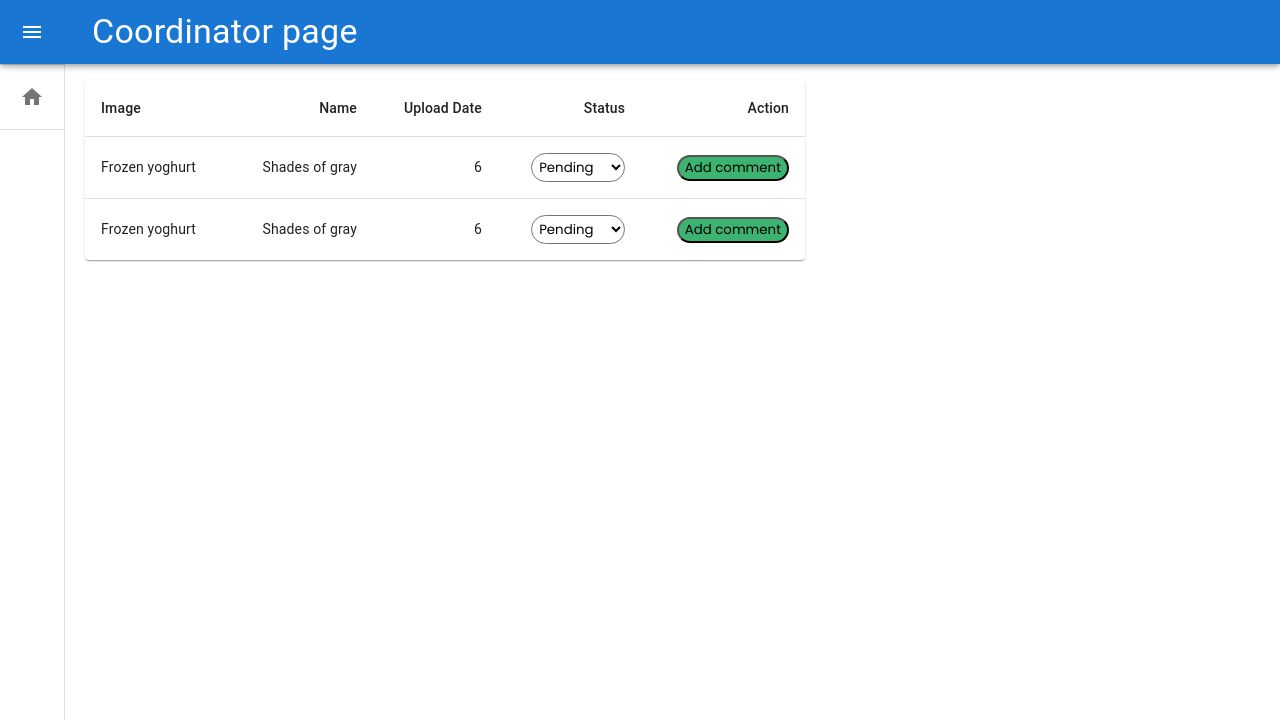
Repository: huynhvanngoan/COMP1640FE-Template
Page: /marketing-dashboard
An editor plug-in stored every save of this project. The page is shown before and after a run of saves, followed by the edit.
The browser window is 1280 px wide. The pictures show the whole page.
The project was rebuilt for these pictures with package versions that can differ from the ones it lists, and the page was loaded fresh each time. Also part of the build but not shown: src/components/buttonStyles.js, src/pages/LoginPage.jsx, src/pages/admin/AdminDashboard.js, src/pages/student/StudentDashboard.jsx, src/pages/department/DepartmentDashboard.jsx, src/pages/guest/GuestDashboard.jsx.

Above is the page before, as saved 2024-03-23 17:09:50.

After the next 2 saves:
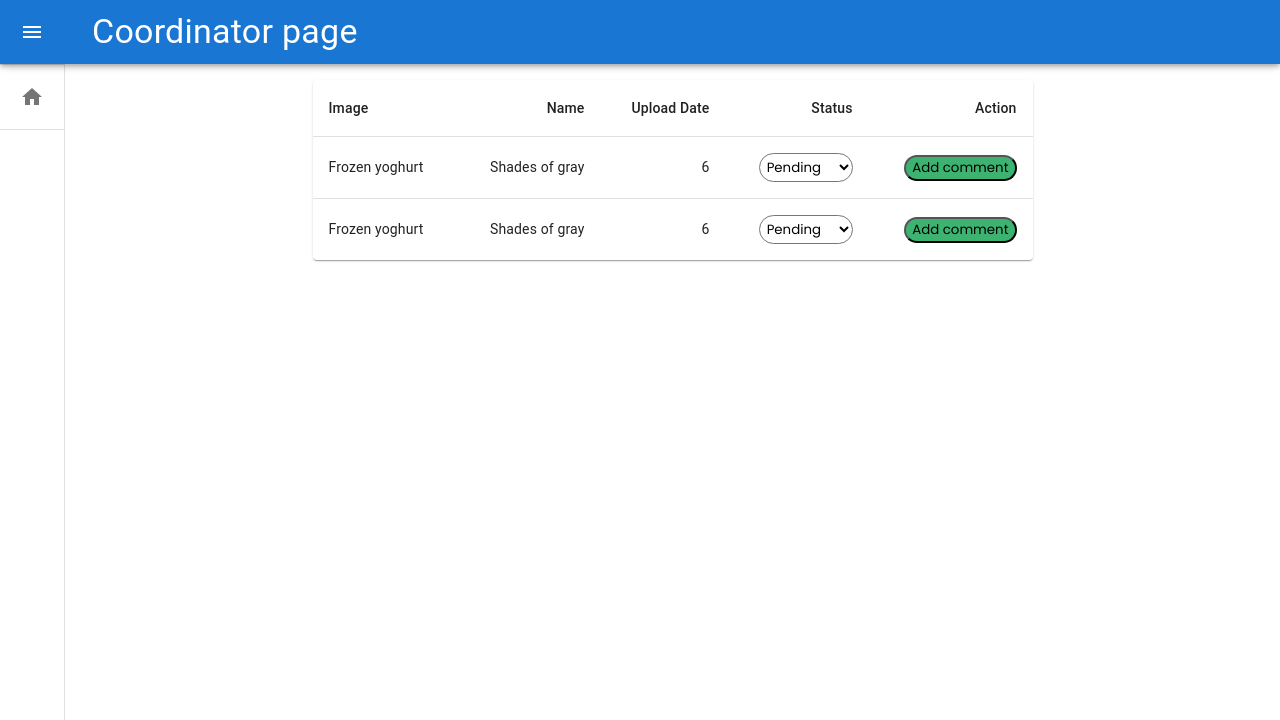
The 2 saves are shown as one change because they came seconds apart.
The last was saved 36 s later.
--- a/src/pages/marketing/MarketingDashboard.jsx
+++ b/src/pages/marketing/MarketingDashboard.jsx
@@ -208,7 +208,8 @@ export default function MiniDrawer() {
       </Drawer>
       <Box
         component="main"
-        sx={{ marginTop: "80px", marginLeft: "20px", width: "auto" }}
+        sx={{ marginTop: "80px", marginLeft: "20px", width: "auto" , marginLeft: "auto", // Căn lề bên trái tự động
+        marginRight: "auto",}}
       >
         <TableContainer component={Paper} sx={{ width: "auto" }}>
           <Table sx={{ width: "100vh" }} aria-label="simple table">
